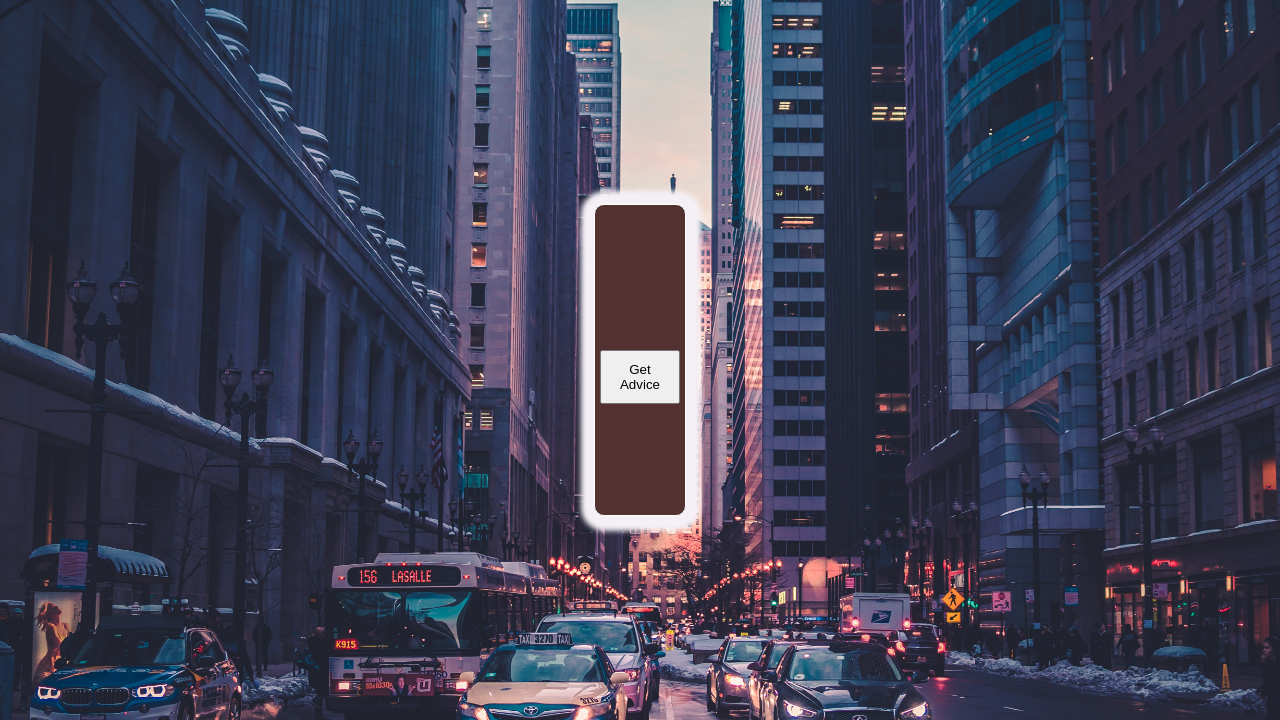
Repository: lamilekan263/random_advice
Page: /
The author's editor kept a copy of each file at every save. The page is drawn from the files as they stood at one save, then again after the next save.
The browser window is 1280 px wide. The pictures show the whole page.
The page's requests for data from a server got no answer. The project was rebuilt for these pictures with package versions that can differ from the ones it lists, and the page was loaded fresh each time. No one was signed in, and anything a server would have sent is missing.

Above is the page before, as saved 2020-08-10 14:52:45.

After the next save:
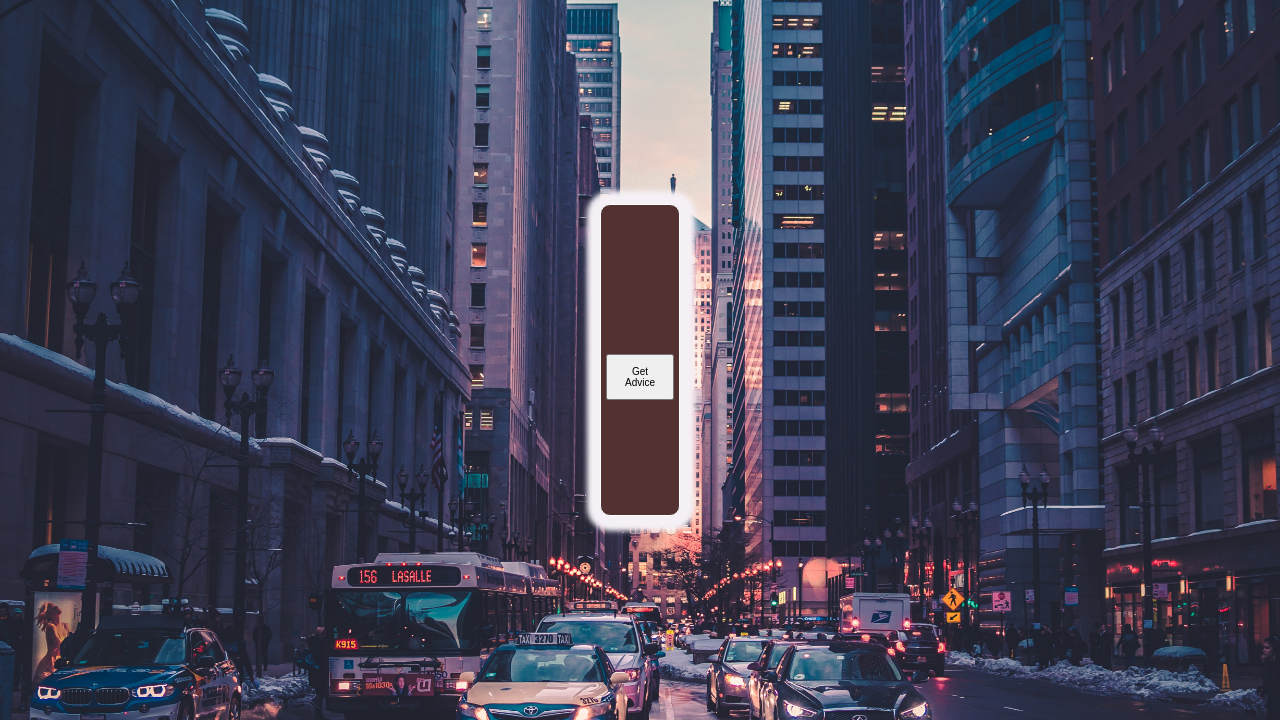
Saved 4 s later.
--- a/src/App.css
+++ b/src/App.css
@@ -41,5 +41,5 @@ h1{
 
 button{
   padding:10px;
-  font-size:
+  font-size:10px;
 }
